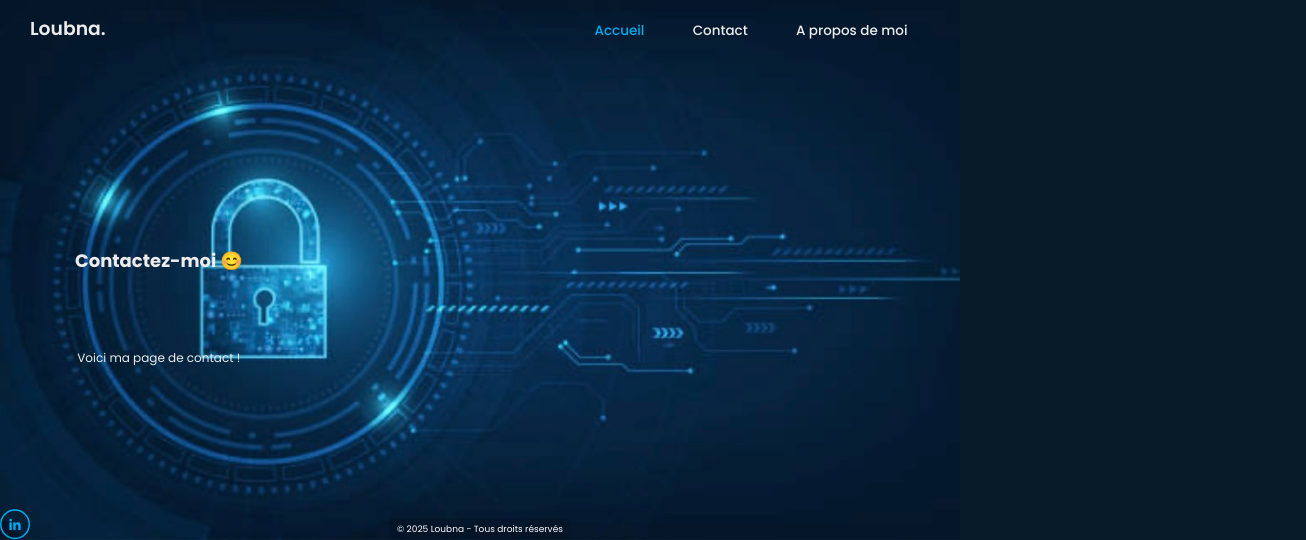
Repository: Loubna77290/Portfolio-de-Loubna
Page: contact.html
These files come from the project's save history. The page is drawn as it stood at one moment and after the next save; the edit follows.
The browser window is 1280 px wide. The page is 1280 px wide, then 1741 px, so the pictures cover 1741 px, including what lies to the right of the window. The pictures show the whole page, at 75% of full size.

Above is the page before, as saved 2025-03-10 22:39:10.

After the next save:
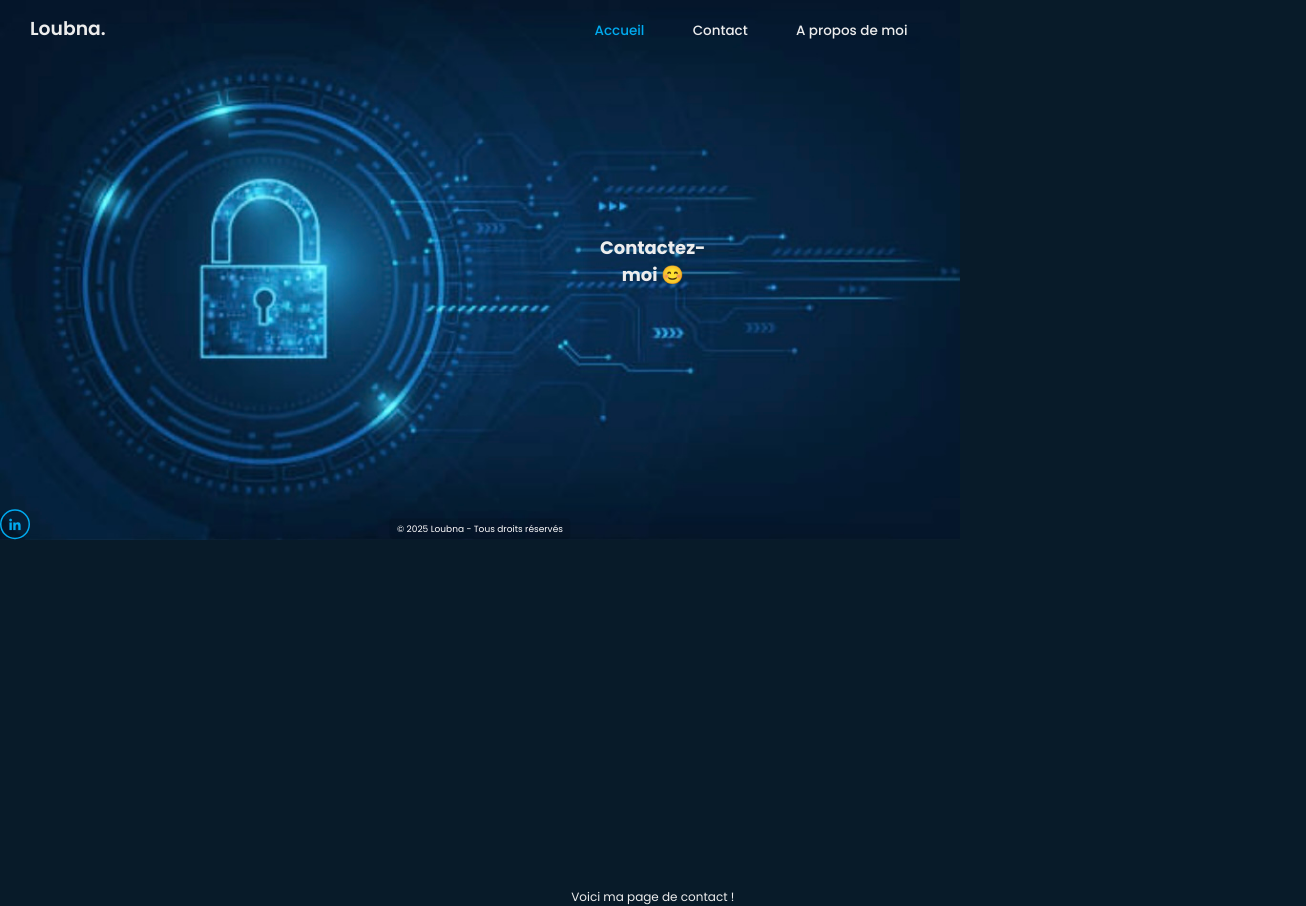
Saved 5 s later.
--- a/style.css
+++ b/style.css
@@ -269,7 +269,7 @@ body {
 }
 
 .contact-background h1 {
-    margin: 100px;
+    margin: 800px;
 
 }
 
